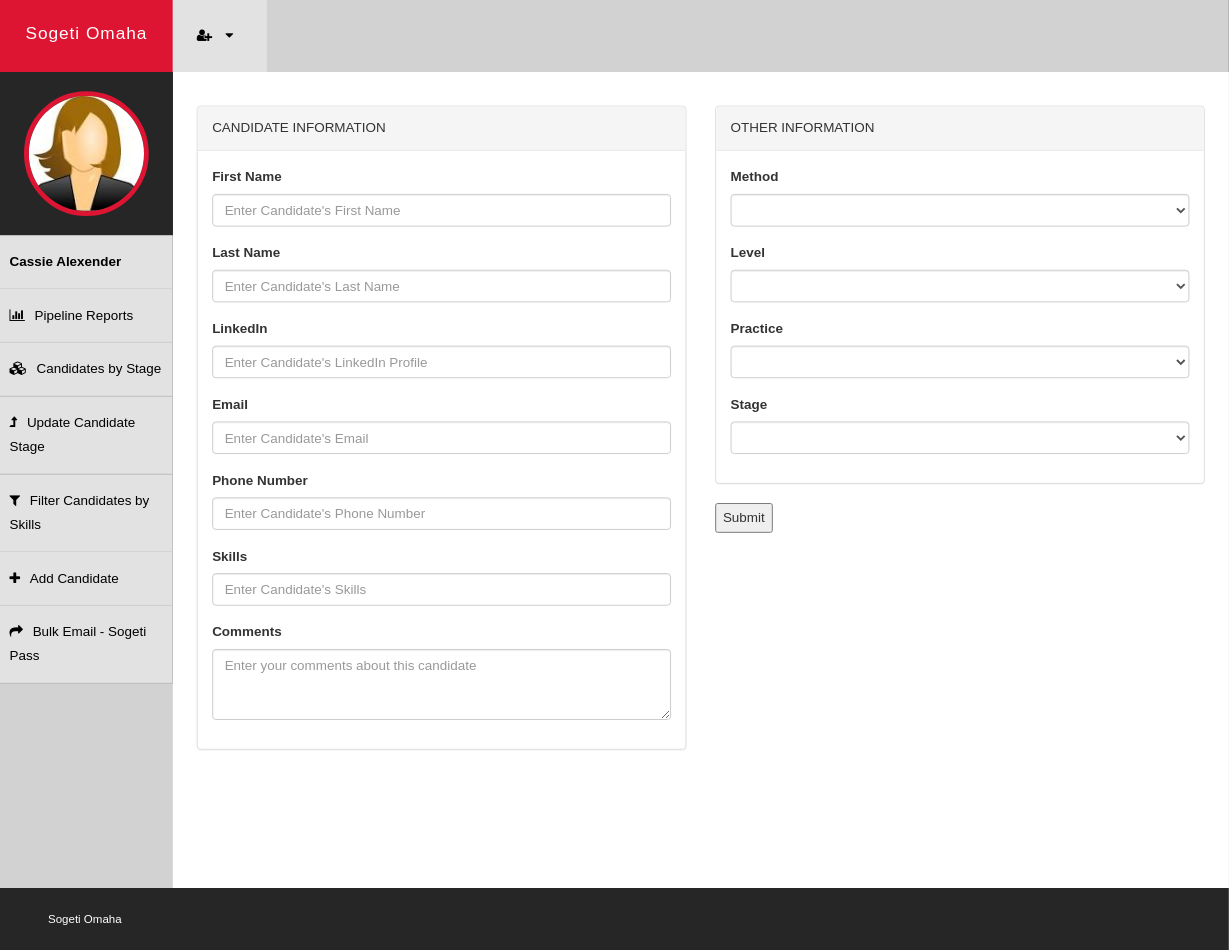
Repository: prasanana/Omaha-Sogeti-Recruiting
Page: http://localhost/Omaha_Sogeti_Recruitment/AddCandidate.jsp
These files come from the project's save history. The page is drawn as it stood at one moment and after the next save; the edit follows.
The browser window is 1280 px wide. The pictures show the whole page, at 96% of full size.
Some web fonts or font styles are not loaded; a fallback is used. The page is served by Tomcat 9. The template is opened directly, without the code that normally fills it, so the values that code supplies are empty.

Above is the page before, as saved 2015-03-27 00:35:27.

After the next save:
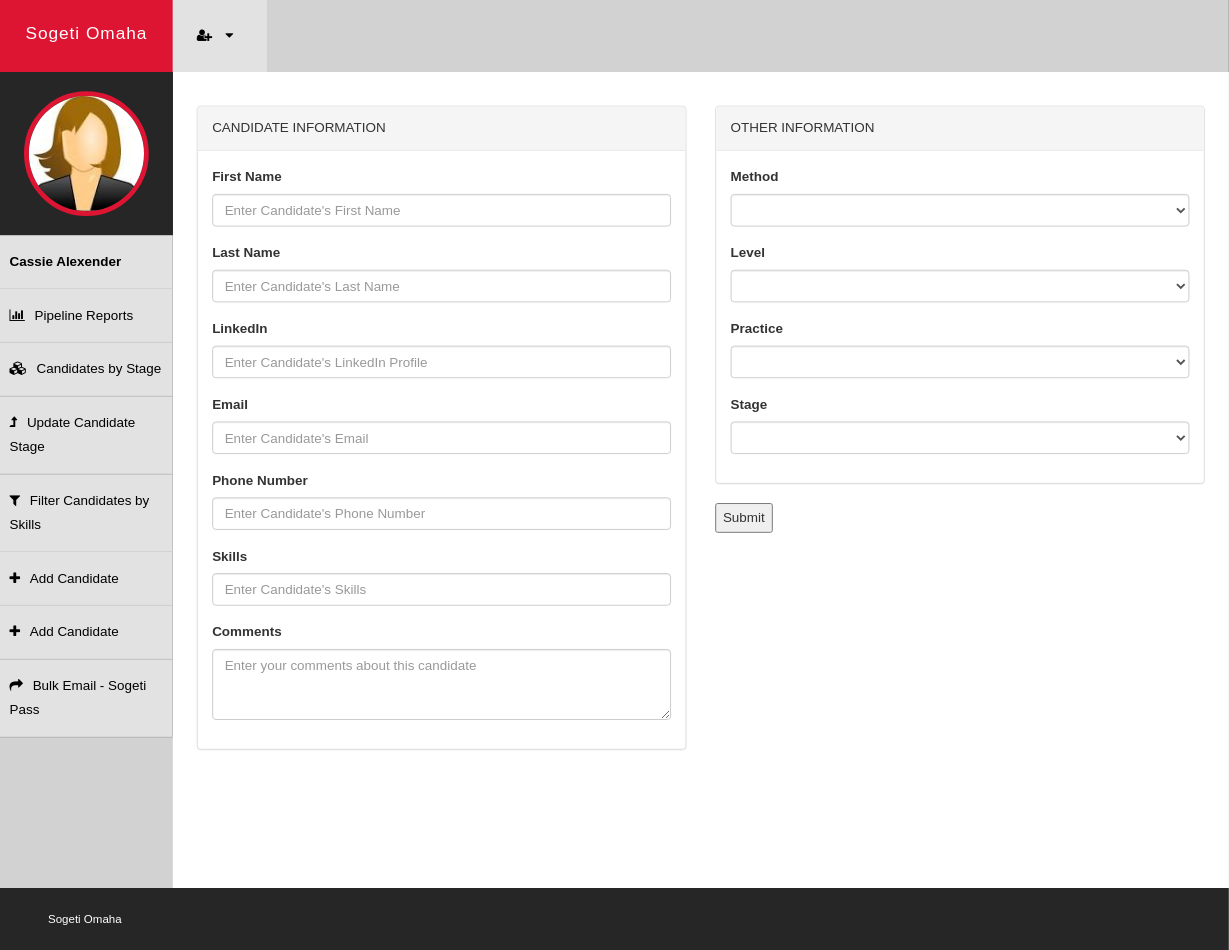
Saved 8 min 14 s later.
--- a/OmahaSogetiRecruitingWS/Omaha_Sogeti_Recruitment/WebContent/AddCandidate.jsp
+++ b/OmahaSogetiRecruitingWS/Omaha_Sogeti_Recruitment/WebContent/AddCandidate.jsp
@@ -77,6 +77,10 @@
                     </li>
 
                     <li>
+                        <a href="${pageContext.request.contextPath}/ModifyCandidateDetails"><i class="fa fa-plus "></i>Add Candidate</a>
+                    </li>
+
+                    <li>
                         <a href="${pageContext.request.contextPath}/SendEmail"><i class="fa fa-share "></i>Bulk Email - Sogeti Pass</a>
                     </li>
 
